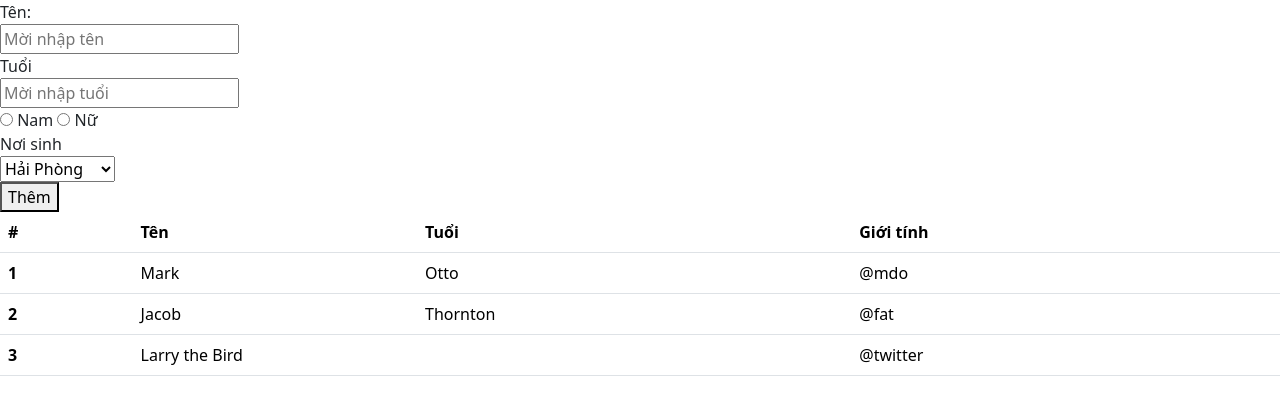
Repository: HieuNT-2001/JAVA-3---SOF203
Page: http://localhost/HocJava4/FormServlet
An editor plug-in stored every save of this project. The page is shown before and after the next save, followed by the edit.
The browser window is 1280 px wide. The pictures show the whole page.
The page is served by Tomcat 10.

Above is the page before, as saved 2024-09-28 04:13:55.

After the next save:
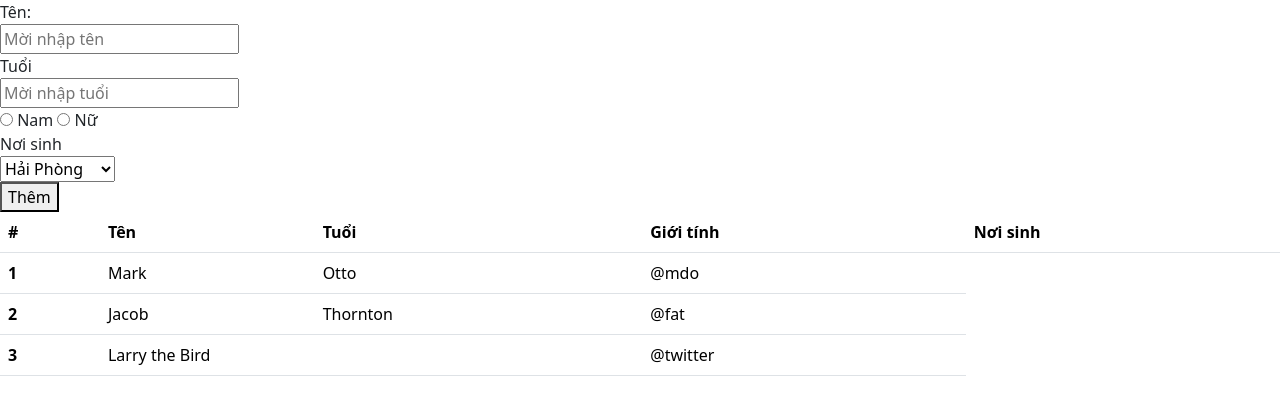
Saved 8 s later.
--- a/HocJava4/src/main/webapp/views/Form.jsp
+++ b/HocJava4/src/main/webapp/views/Form.jsp
@@ -59,6 +59,7 @@
 				<th scope="col">Tên</th>
 				<th scope="col">Tuổi</th>
 				<th scope="col">Giới tính</th>
+				<th scope="col">Nơi sinh</th>
 			</tr>
 		</thead>
 		<tbody>
